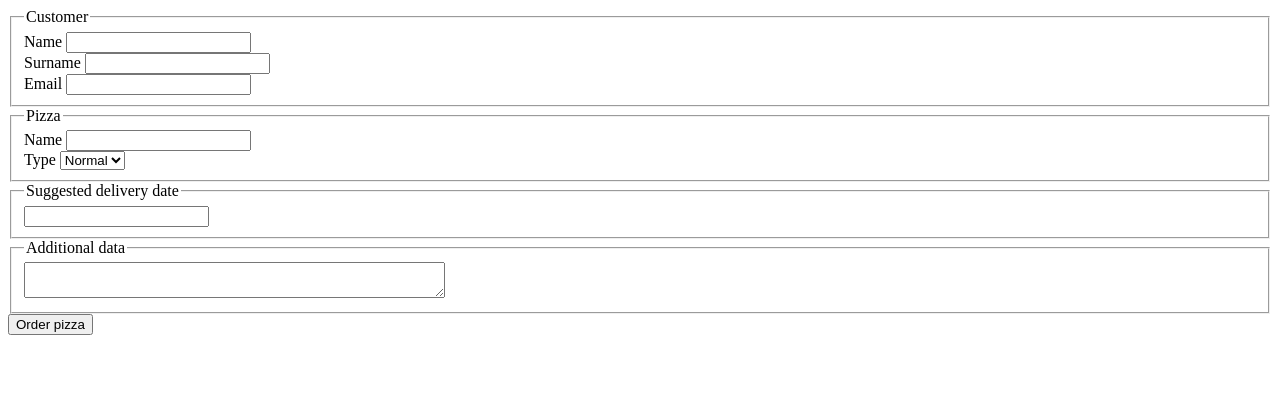
Repository: lukas77pro/html_css_js
Page: html/Test/WebContent/Formularz.html
These files come from the project's save history. The page is drawn as it stood at one moment and after the next save; the edit follows.
The browser window is 1280 px wide. The pictures show the whole page.

Above is the page before, as saved 2015-07-10 11:35:46.

### html/Test/WebContent/Formularz.html
<!DOCTYPE html>
<html>
<head>
<meta charset="UTF-8">
<title>Insert title here</title>
</head>

<body>


	<fieldset>
		<legend>Customer</legend>
		<div>
			<label for="inputName">Name</label> <input type="text"
				name="inputName">
		</div>
		<div>
			<label for="inputSurname">Surname</label> <input type="text"
				name="inputSurname">
		</div>
		<div>
			<label for="inputEmail">Email</label> <input type="text"
				name="inputEmail">
		</div>
	</fieldset>

	<fieldset>
		<legend>Pizza</legend>
		<div>
			<label for="inputName">Name</label> <input type="text"
				name="inputName">
		</div>
		<label for="inputName">Type</label> <select name="select">
			<option value="Small">Small</option>
			<option value="Normal" selected>Normal</option>
			<option value="Big">Big</option>
		</select>
	</fieldset>

	<fieldset>
		<legend>Suggested delivery date</legend>
		<input type="text" name="Date">
	</fieldset>

	<fieldset>
		<legend>Additional data</legend>
		<textarea name="textarea" rows="2" cols="50"></textarea>
	</fieldset>
	<button name="button">Order pizza</button>
</body>
</html>

After the next save:
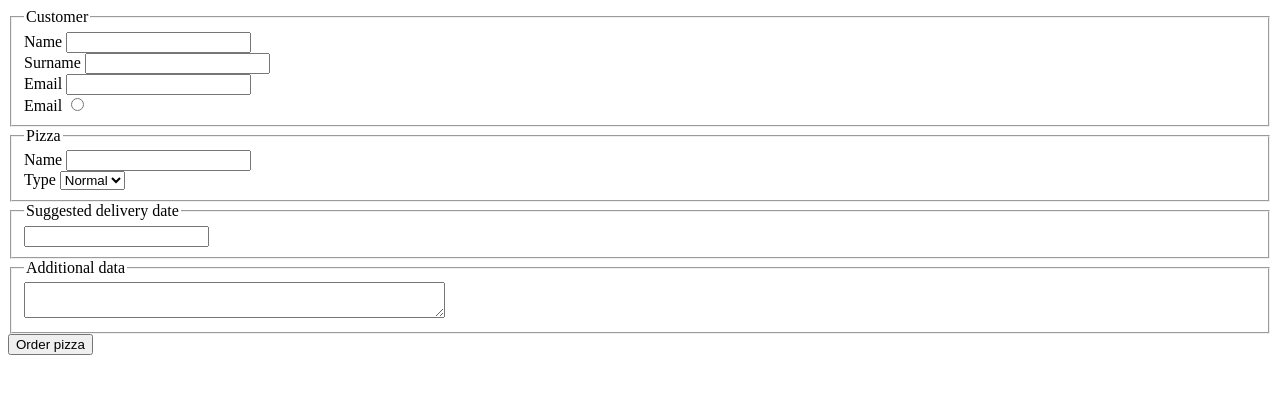
Saved 111 s later.
--- a/html/Test/WebContent/Formularz.html
+++ b/html/Test/WebContent/Formularz.html
@@ -21,6 +21,10 @@
 		<div>
 			<label for="inputEmail">Email</label> <input type="text"
 				name="inputEmail">
+		</div>
+		<div>
+			<label for="radio">Email</label> <input type="radio"
+				name="radio">
 		</div>
 	</fieldset>
 
